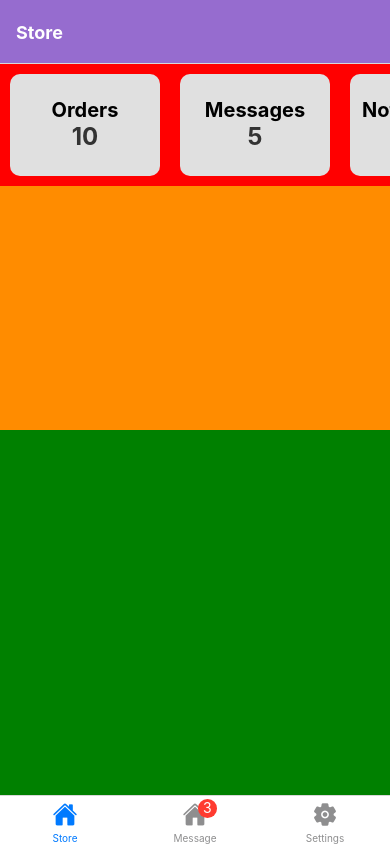
Repository: Waikato153/AwesomeProject
Screen: /
These files come from the project's save history. The screen is drawn as it stood at one moment and after the next save; the edit follows.
The app was drawn by React Native's web renderer in a window 390 px wide. The project was rebuilt for these pictures with package versions that can differ from the ones it lists, and the page was loaded fresh each time.

Above is the screen before, as saved 2024-02-29 12:00:03.

After the next save:
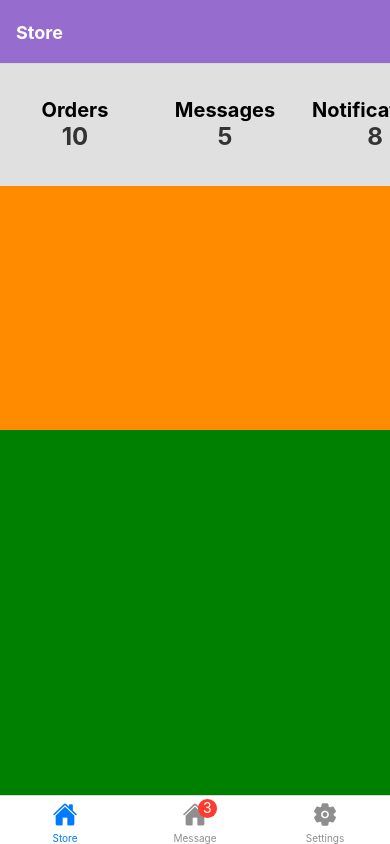
Saved 8 s later.
--- a/screens/HomeScreen.js
+++ b/screens/HomeScreen.js
@@ -47,9 +47,7 @@ const styles = StyleSheet.create({
     justifyContent: 'center',
     alignItems: 'center',
     backgroundColor: '#e0e0e0',
-    borderRadius: 10,
-    padding: 20,
-    margin: 10,
+
   },
   title: {
     fontSize: 20,

After the save that followed:
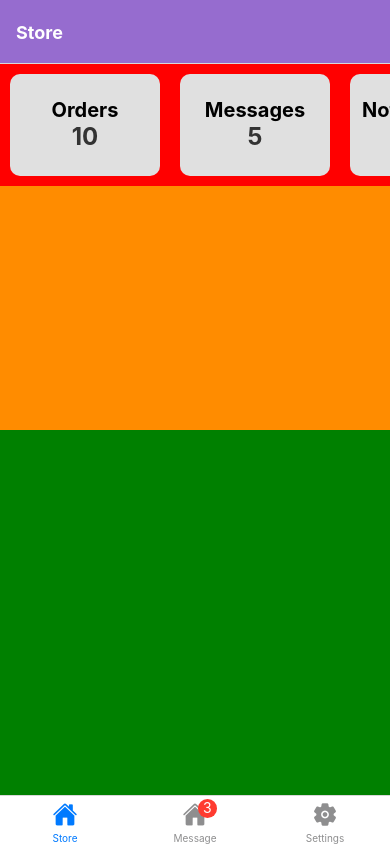
Saved 13 s later.
--- a/screens/HomeScreen.js
+++ b/screens/HomeScreen.js
@@ -47,7 +47,9 @@ const styles = StyleSheet.create({
     justifyContent: 'center',
     alignItems: 'center',
     backgroundColor: '#e0e0e0',
-
+    borderRadius: 10,
+    padding: 20,
+    margin: 10,
   },
   title: {
     fontSize: 20,
